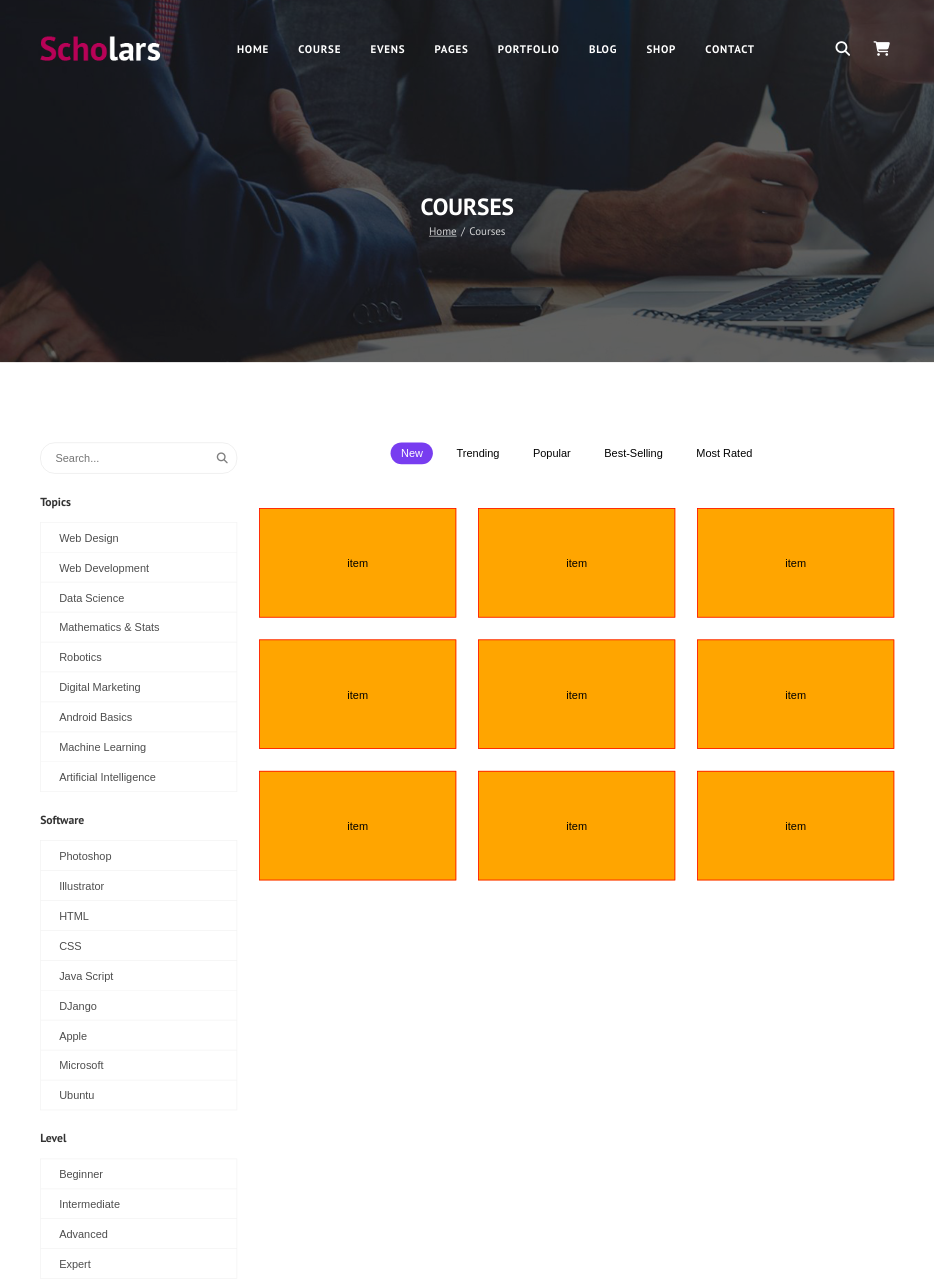
Repository: lannguyen1301/f8-zoom-day-7
Page: index.html
The author's editor kept a copy of each file at every save. The page is drawn from the files as they stood at one save, then again after the next save.
The browser window is 1280 px wide. The pictures show the whole page, at 73% of full size.
Some web fonts or font styles are not loaded; a fallback is used.

Above is the page before, as saved 2025-04-25 00:00:01.

After the next save:
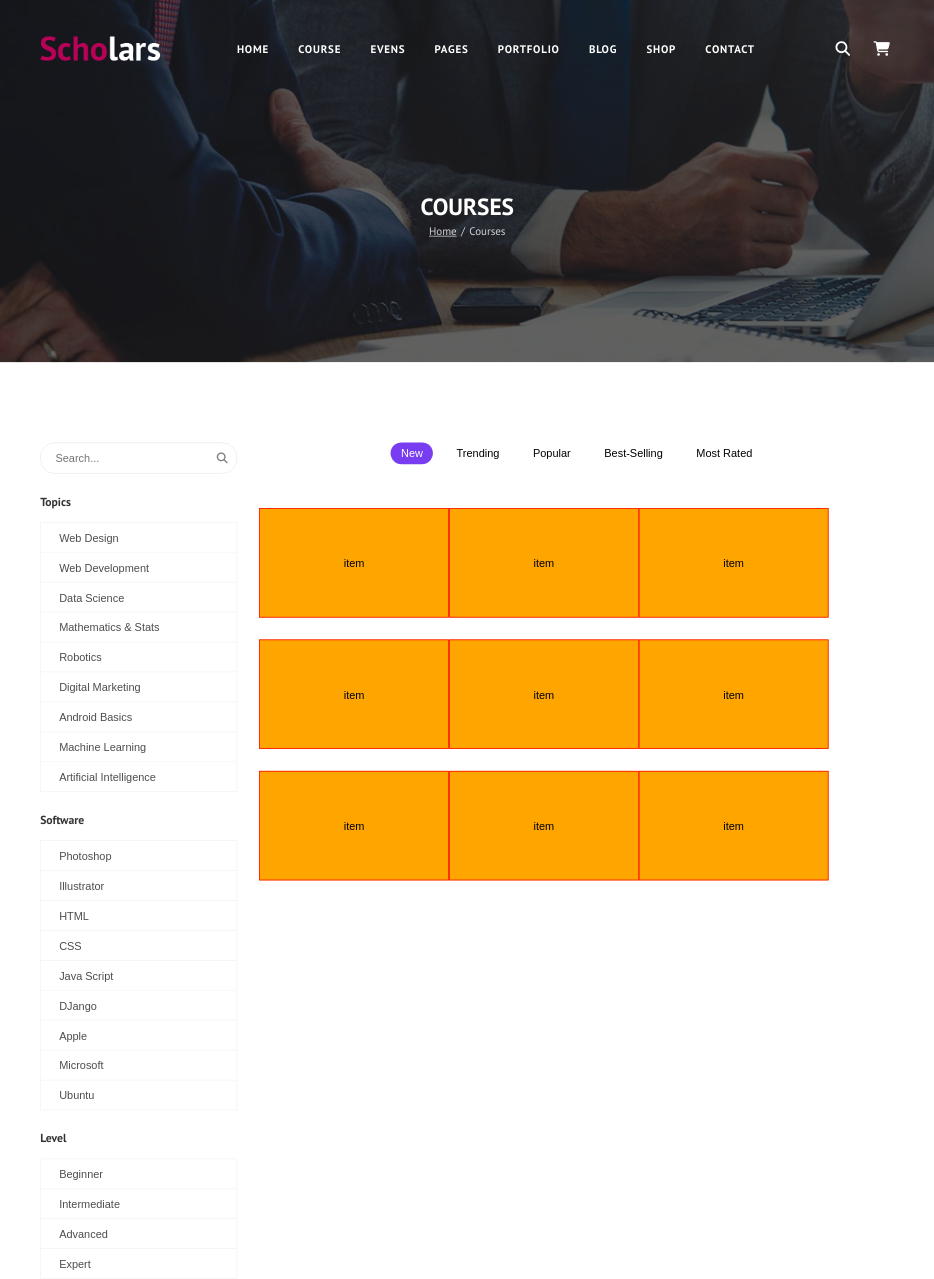
Saved 111 s later.
--- a/assets/css/style.css
+++ b/assets/css/style.css
@@ -247,7 +247,7 @@ ul.menu li + li {
     flex-wrap: wrap;
     row-gap: 30px;
     margin-top: 60px;
-    margin-left: -30px;
+    /* margin-left: -30px; */
 }
 
 .courses-item {
@@ -256,7 +256,7 @@ ul.menu li + li {
     justify-content: center;
     width: calc(33.333% - 30px);
     min-height: 150px;
-    margin-left: 30px;
+    /* margin-left: 30px; */
     background: orange;
     border: 1px solid red;
 }
